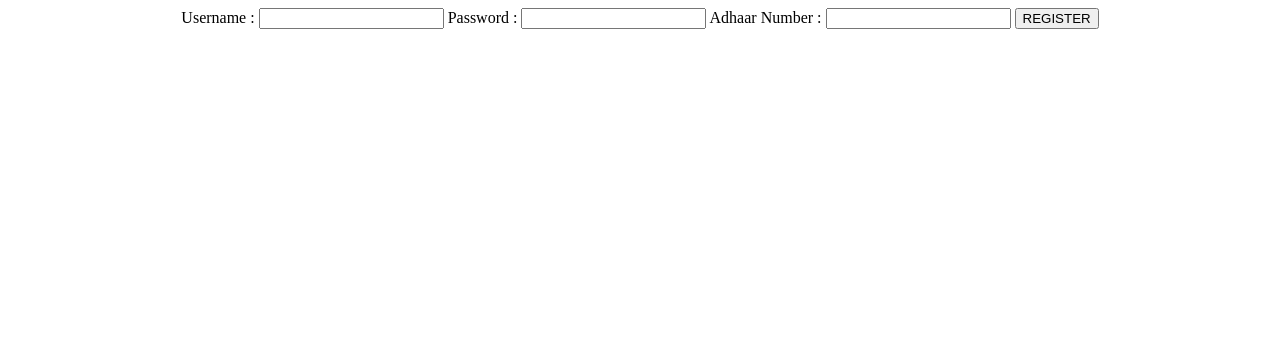
Repository: jchowdapurkar/Java-Project
Page: http://localhost/Registration/registration.jsp
The author's editor kept a copy of each file at every save. The page is drawn from the files as they stood at one save, then again after the next save.
The browser window is 1280 px wide. The pictures show the whole page.
The page is served by Tomcat 9.

Above is the page before, as saved 2018-07-16 16:26:26.

After the next save:
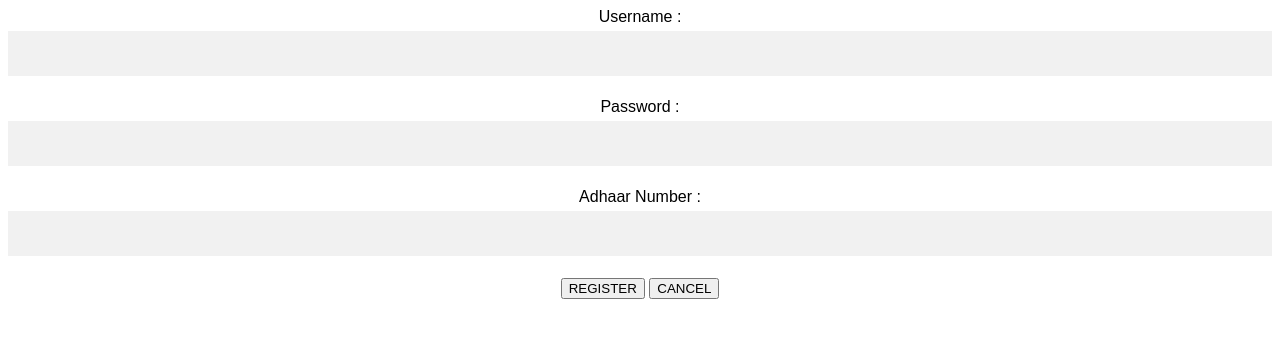
Saved 10 min 1 s later.
--- a/Task Jsp/Registration/WebContent/registration.jsp
+++ b/Task Jsp/Registration/WebContent/registration.jsp
@@ -2,6 +2,77 @@
     pageEncoding="ISO-8859-1"%>
 <!DOCTYPE html PUBLIC "-//W3C//DTD HTML 4.01 Transitional//EN" "http://www.w3.org/TR/html4/loose.dtd">
 <html>
+<style>
+body {font-family: Arial, Helvetica, sans-serif;}
+* {box-sizing: border-box}
+
+/* Full-width input fields */
+input[type=text], input[type=password] {
+    width: 100%;
+    padding: 15px;
+    margin: 5px 0 22px 0;
+    display: inline-block;
+    border: none;
+    background: #f1f1f1;
+}
+
+input[type=text]:focus, input[type=password]:focus {
+    background-color: #ffff;
+    outline: none;
+}
+
+hr {
+    border: 1px solid #f1f1f1;
+    margin-bottom: 25px;
+}
+
+/* Set a style for all buttons */
+button {
+    background-color: yellow;
+    color: white;
+    padding: 14px 20px;
+    margin: 8px 0;
+    border: none;
+    cursor: pointer;
+    width: 10%;
+    opacity: 0.9;
+}
+
+button:hover {
+    opacity:0.5;
+}
+
+/* Extra styles for the cancel button */
+.cancelbtn {
+    padding: 14px 20px;
+    background-color: #f44336;
+}
+
+/* Float cancel and signup buttons and add an equal width */
+.cancelbtn, .signupbtn {
+  float: left;
+  width: 50%;
+}
+
+// Add padding to container elements //
+.container {
+    padding: 16px;
+}
+
+/* Clear floats */
+.clearfix::after {
+    content: "";
+    clear: both;
+    display: table;
+}
+
+/* Change styles for cancel button and signup button on extra small screens */
+@media screen and (max-width: 50px) {
+    .cancelbtn, .signupbtn {
+       width: 10%;
+    }
+}
+</style>
 <head>
 <meta http-equiv="Content-Type" content="text/html; charset=ISO-8859-1">
 <title>Insert title here</title>
@@ -13,7 +84,7 @@ Username : <input type ="text" name = "user" required="required">
 Password : <input type ="text" name = "pswd" required="required">
 Adhaar Number : <input type ="text" name ="adhaar" required ="required">
 <input type = "submit" value = "REGISTER">
-
+<input type = "submit" value = "CANCEL">
 
 
 
